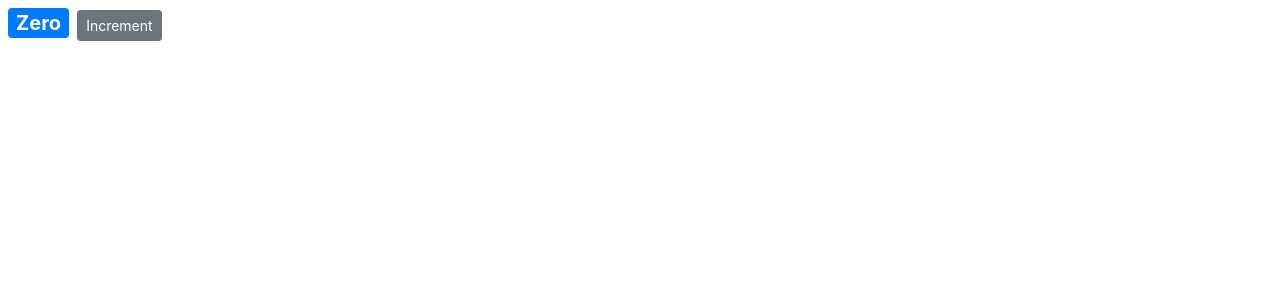
Repository: smk87/First-React-App
Page: /
These files come from the project's save history. The page is drawn as it stood at one moment and after the next save; the edit follows.
The browser window is 1280 px wide. The pictures show the whole page.
The project was rebuilt for these pictures with package versions that can differ from the ones it lists, and the page was loaded fresh each time. Also part of the build but not shown: src/App.css, src/App.js.

Above is the page before, as saved 2019-01-04 20:55:47.

After the next save:
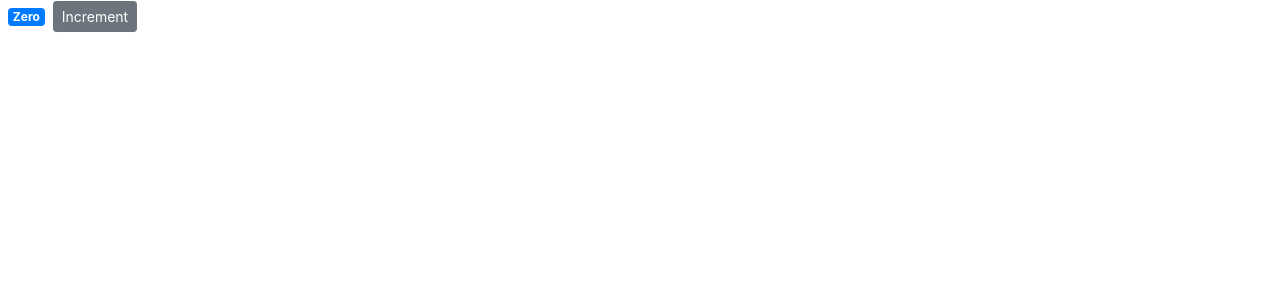
Saved 33 s later.
--- a/src/components/counter.jsx
+++ b/src/components/counter.jsx
@@ -8,12 +8,7 @@ class Counter extends Component {
   render() {
     return (
       <div>
-        <span
-          style={{ fontSize: 20, fontWeight: "bold" }}
-          className="badge badge-primary m-2"
-        >
-          {this.formatCount()}
-        </span>
+        <span className="badge badge-primary m-2">{this.formatCount()}</span>
         <button className="btn btn-secondary btn-sm">Increment</button>
       </div>
     );
